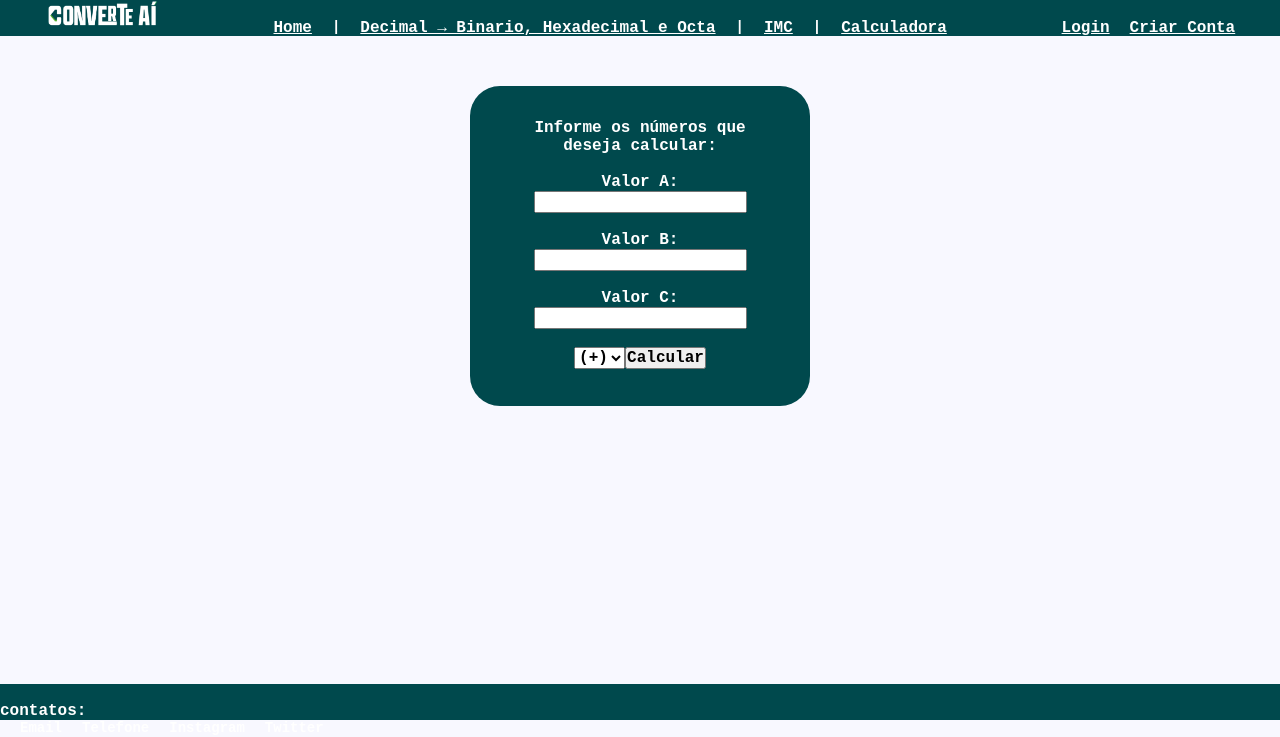
Repository: Frav1u/converteai
Page: ConverteAi/src/main/webapp/calculadora.html
These files come from the project's save history. The page is drawn as it stood at one moment and after the next save; the edit follows.
The browser window is 1280 px wide. The pictures show the whole page.
Some web fonts or font styles are not loaded; a fallback is used.

Above is the page before, as saved 2023-10-02 23:56:40.

### ConverteAi/src/main/webapp/calculadora.html
<!DOCTYPE html>
<html>
<head>
	<meta charset="UTF-8">
<title>Decimal Para Binario</title>
<link href="https://fonts.googleapis.com/css2?family=Inter:wght@400;700&family=Space+Mono:wght@400;700&display=swap"  rel="stylesheet">
    <link rel="stylesheet" href="stylecalculadora.css">
	<link rel="icon" href="icone-removebg-preview.png">

</head>
<body>
    <header>
        <a href="home.html"><img class="img" src="logo.png"></a>

        <nav>
            <ul class="menu">
                <li><a href="home.html">Home</a></li>
                <li> | </li>
                <li><a href="decimalParaBinario.html">Decimal → Binario, Hexadecimal e Octa</a></li>
                <li> | </li>
                <li><a href="imc.html">IMC</a></li>
                <li> | </li>
                <li><a href="calculadora.html">Calculadora</a></li>
            </ul>
        </nav>
        <ul class="conta">
            <li><a href="login.html" style="color: white;">Login</a></li>
            <li><a href="cadastro.html" style="color:white">Criar Conta</a></li>
        </ul>
    </header>
	<main>
        <div class="caixa">
    <form action= "Resultado.jsp" method = "get">
        <p> Informe os números que deseja calcular:</p><br>
        <label>Valor A: </label>
        <input type="text" name="ValorA"><br>
        <br>
        <label>Valor B: </label>
        <input type="text" name="ValorB"><br>
        <br>
        <label>Valor C: </label>
        <input type="text" name="ValorC"><br>
        <br>
    <select name = "opcao"> <br>
    <option value = "+">(+)</option>
    <option value = "-">(-)</option>
    <option value = "">()</option>
            <option value = "/">(/)</option>

        </select><input type="Submit" value="Calcular">
    </form>
    </div>
    </main>

	<footer>
		<a>contatos: </a>
		<ul class="contatos">
			<li>Email</li>
			<li>Telefone</li>
			<li>Instagram</li>
			<li>Twitter</li>
		</ul>

	</footer>
</body>

</html>

### ConverteAi/src/main/webapp/stylecalculadora.css

* {
    margin: 0;
    padding: 0;
    box-sizing: border-box;
    font-family: 'Apotek Bold', monospace;
    font-weight: 600;
    font-size: 16px;
    outline: none;
}

body{
	background-color:  ghostwhite
}

li{
	font-size: 14px;
	margin-left: 20px;
}

header{
	background-color: hsl(183, 100%, 15%);
	color: white;
	height: 5vh;
    color: inherit;
    display: flex;
    display: flex;
    justify-content: center;
    align-items: center;
    justify-content: space-evenly;
}

.contatos{
	display: flex;
	list-style: none;
}

.proposito{
	width: 55ch;
	margin: 20px auto;
}


.logo{
	color: white;
}
.menu{
	color: white;
	display: flex;
	margin-top: 20px;
	margin-left: 50px;
	list-style: none;

}

.conta{
	color: white;
	display: flex;
	margin-top: 20px;
	margin-left: 50px;
	list-style: none;
}

.menu a {
	color: white;
	font-size: 16px;

}



nav{
	display: flex;
	justify-content: center;
	align-items: center;
}


main{
	height: 90vh;
	text-align: center;
	padding-top: 30px;
}



.updates{
	margin: 20px auto;
	list-style: none;

}

.img{
	width: 114px;
}

footer{
	background-color: hsl(183, 100%, 15%);
	color: white;
	height: 5vh;
    padding-top: 18px;
}

h2{
	padding-top: 20px;
}
.caixa{
	height: 320px;
	width: 340px;
	background-color: hsl(183, 100%, 15%);
	margin: 20px auto;
	border-radius: 30px;
	padding: 33px;
}

form{
	color: white;

}

After the next save:
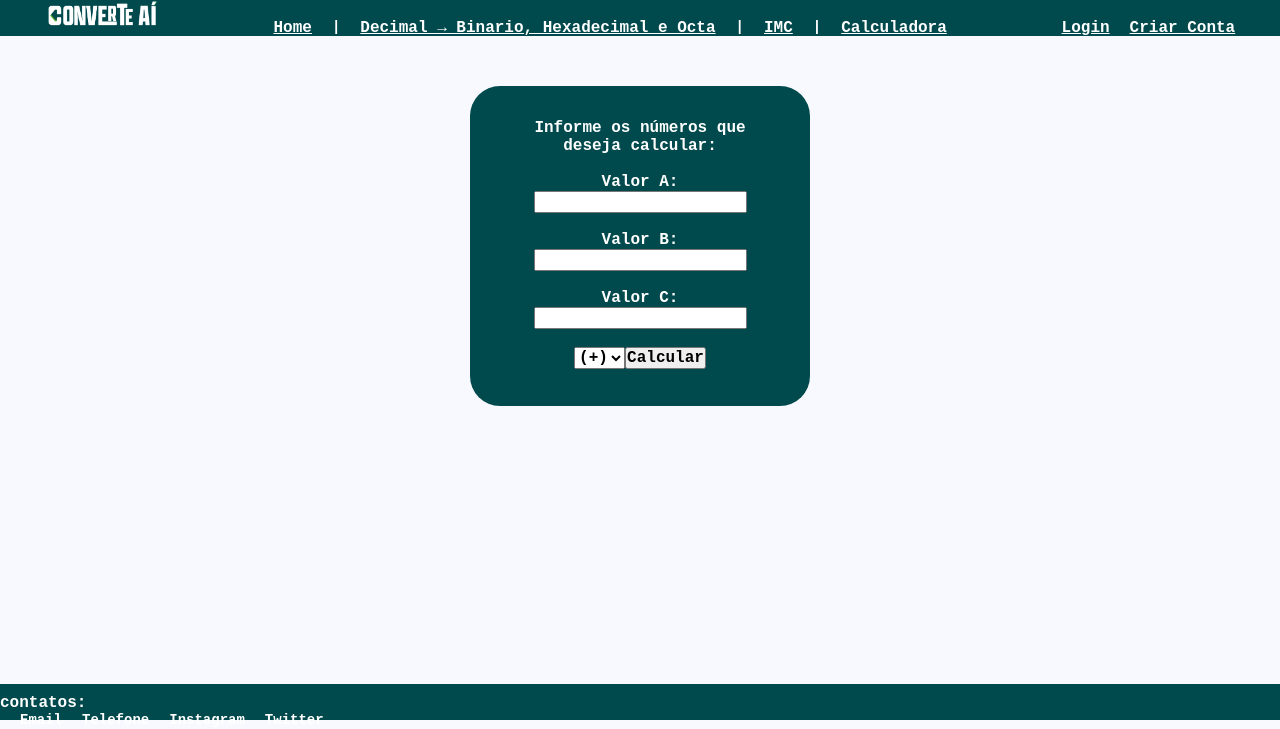
Saved 5 min 17 s later.
--- a/ConverteAi/src/main/webapp/stylecalculadora.css
+++ b/ConverteAi/src/main/webapp/stylecalculadora.css
@@ -98,7 +98,7 @@ footer{
 	background-color: hsl(183, 100%, 15%);
 	color: white;
 	height: 5vh;
-    padding-top: 18px;
+    padding-top: 10px;
 }
 
 h2{
